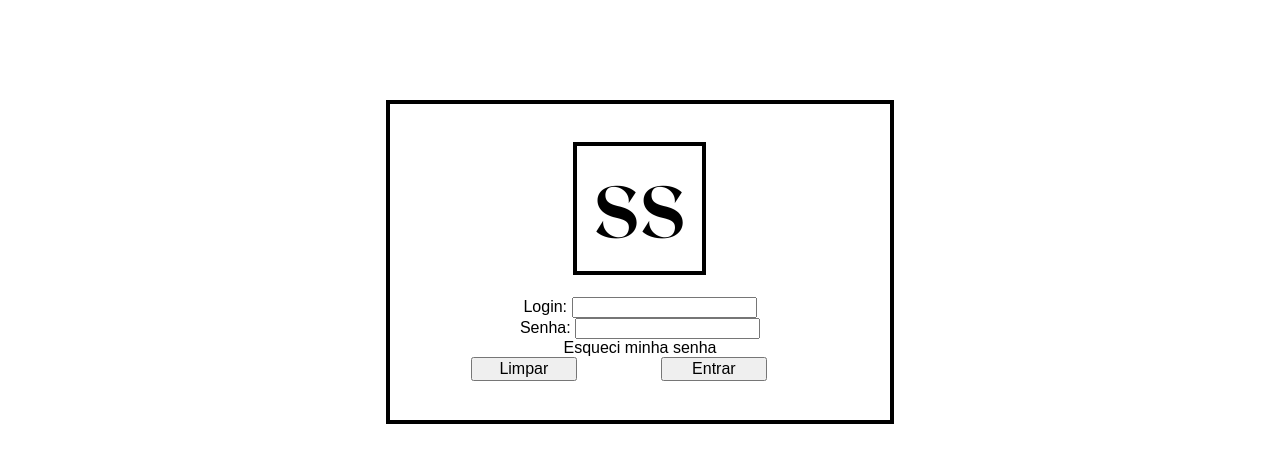
Repository: FaculdadeSenaiJoinville/PiMichelBaade
Page: http://localhost/ProjetoIndividual/
These files come from the project's save history. The page is drawn as it stood at one moment and after the next save; the edit follows.
The browser window is 1280 px wide. The pictures show the whole page.
The page is served by Tomcat 9. Other server files are loaded and not shown.

Above is the page before, as saved 2021-08-11 00:01:00.

### ProjetoIndividual/WebContent/index.html
<!DOCTYPE html>
<html lang="pt-br">
<head>
	<meta charset="UTF-8">
	<meta name="description" content="Site da Software dos Sonhos">
	<meta name="keywords" content="Padaria, Software, Sonhos">
	<meta name="author" content="Michel Baade">
	<meta name="viewport" content="width=device-width, initial-scale=1.0">
	<title>Software dos Sonhos</title>
	<link rel="stylesheet" type="text/css" href="css/site.css">
</head>
<body>
	<form name="frmlogin" method="post" action="#">
		<div id="logo"><img src="imgs/logo.png" alt="Logo da Software dos Sonhos"></div>
		<br>
		<div id="camposlogin">
		<label for="login">Login: </label>
		<input type="text" name="txtlogin" id="login"><br>
		<label for="senha">Senha: </label>
		<input type="password" name="txtsenha" id="senha"><br>
		<a>Esqueci minha senha</a><br>
		</div>
		<button type="reset">Limpar</button><button type="reset">Entrar</button>
	</form>
</body>
</html>

### ProjetoIndividual/WebContent/css/site.css
@charset "UTF-8";

body{
	width: 100%;
	margin: 0 auto;
	font-family: "Century Gothic", sans-serif;
	height: 100%;
}
img{
	border:4px solid #000;
	height: 125px;
	width: 125px;
}
form{
	border:4px solid #000;
	width: 33%;
	margin: 100px auto;
	height: 33%;
	padding: 3%;
}
#logo{
	text-align: center;
}
div{
	text-align: center;
}
a {
	margin-top: 5px;
}
button {
	width: 25%;
	font-size: 16px;
	margin: 0 10%;
}

After the next save:
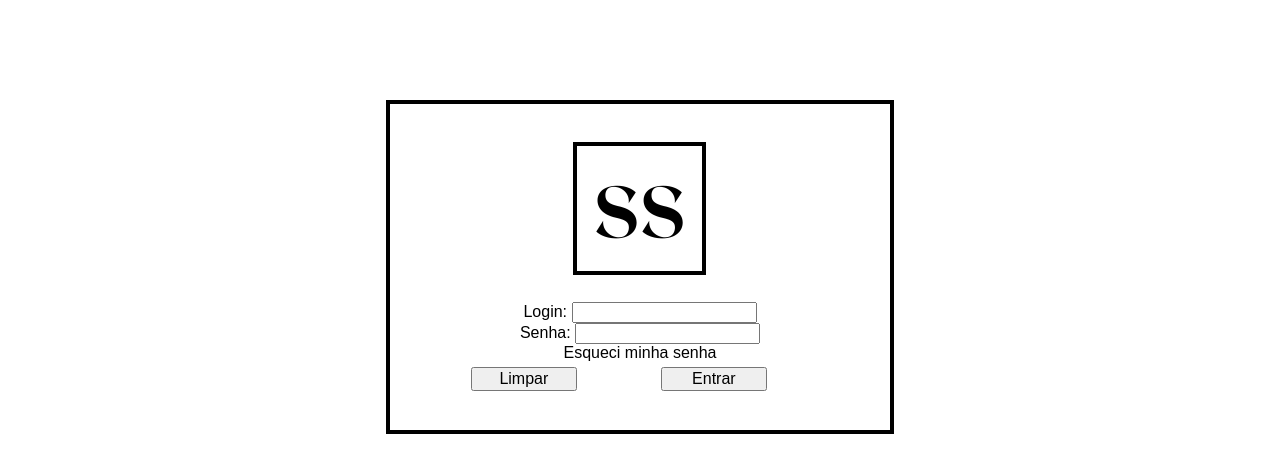
Saved 53 s later.
--- a/ProjetoIndividual/WebContent/css/site.css
+++ b/ProjetoIndividual/WebContent/css/site.css
@@ -21,6 +21,9 @@ form{
 #logo{
 	text-align: center;
 }
+#camposlogin{
+	padding: 5px;
+}
 div{
 	text-align: center;
 }
